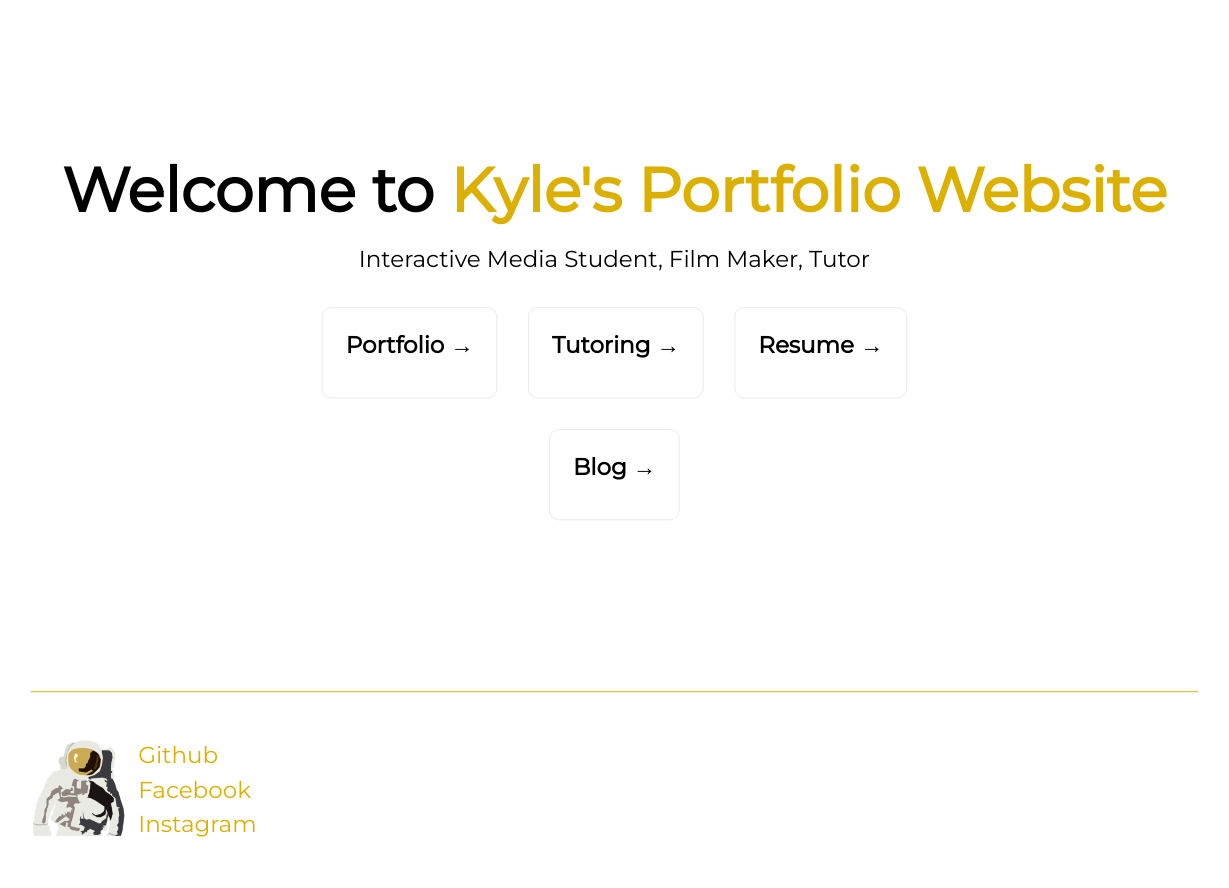
Repository: neomort/CL-portfolio-site
Page: /
An editor plug-in stored every save of this project. The page is shown before and after the next save, followed by the edit.
The browser window is 1280 px wide. The pictures show the whole page, at 96% of full size.
The project was rebuilt for these pictures with package versions that can differ from the ones it lists, and the page was loaded fresh each time. The framework's server and built-in components were replaced by stand-ins that run in the browser. Also part of the build but not shown: next.config.js.

Above is the page before, as saved 2021-12-14 15:00:51.

After the next save:
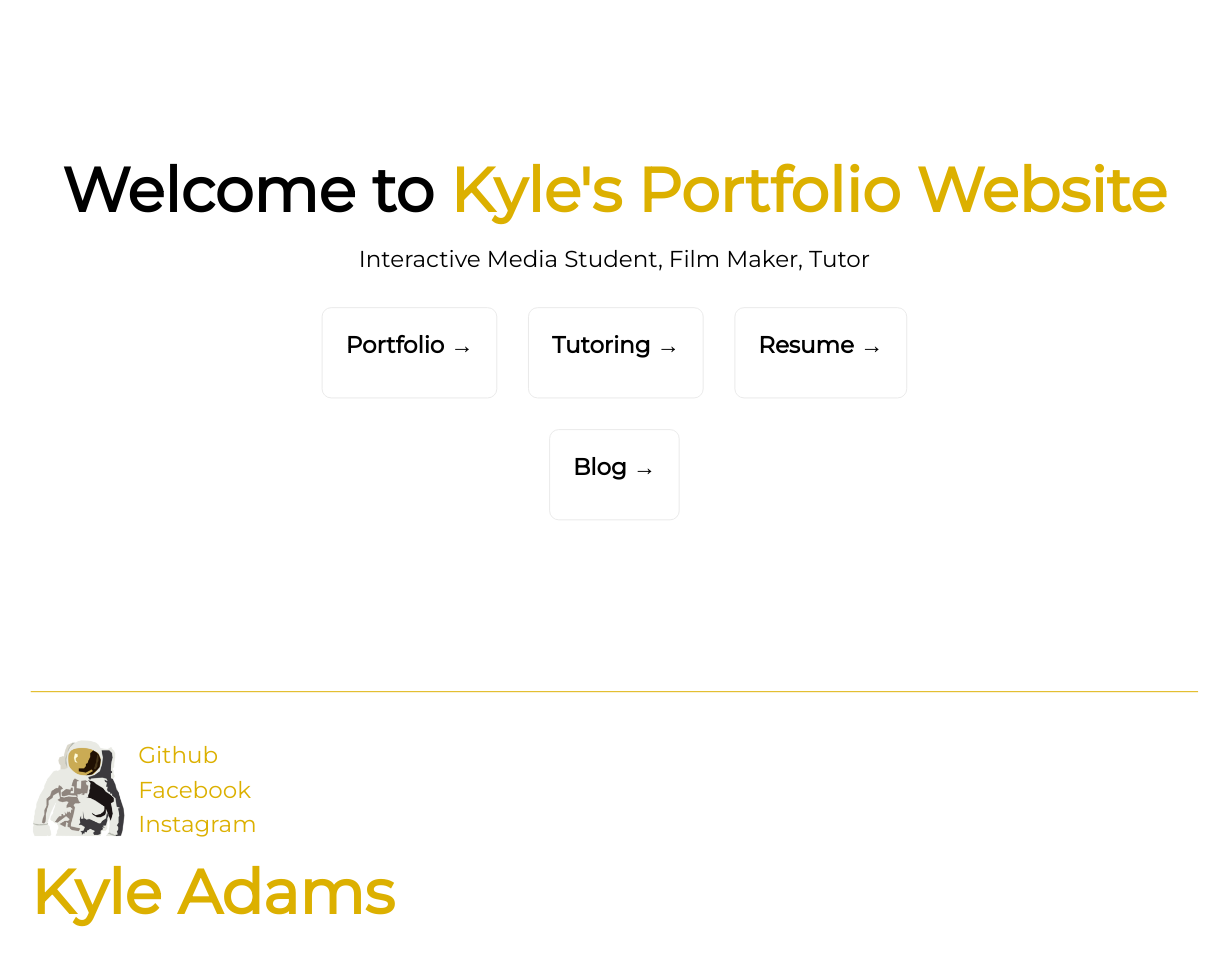
Saved 4 min 40 s later.
--- a/pages/index.js
+++ b/pages/index.js
@@ -54,6 +54,7 @@ export default function Home() {
       </main>
 
       <footer className={styles.footer}>
+        <div className={styles.div-2}>
         <a
           href="https://kyleadams.com/"
           target="_blank"
@@ -73,6 +74,13 @@ export default function Home() {
           </p>
           </span>
         </a>
+        <h1 className={styles.title}>
+        <a href="https://kyleadams.com/">
+          Kyle Adams
+        </a>
+        </h1>
+
+        </div>
       </footer>
     </div>
   )
